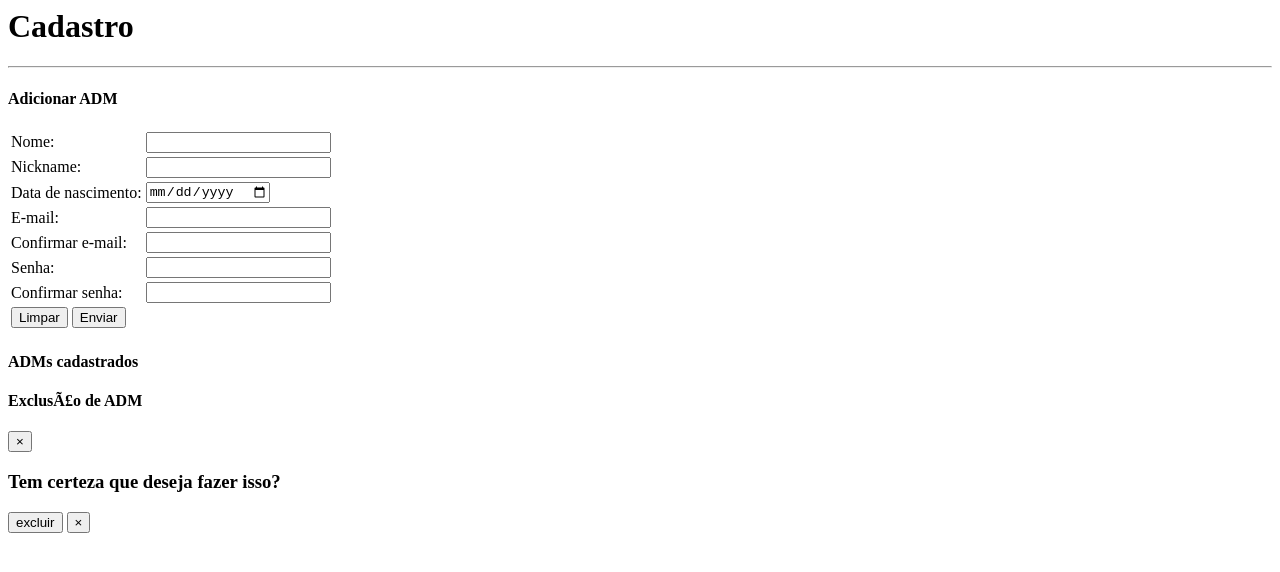
Repository: cavrau/workspaceTbog
Page: the Battle for Gondria/WebContent/system/admin/cadastro.html
The author's editor kept a copy of each file at every save. The page is drawn from the files as they stood at one save, then again after the next save.
The browser window is 1280 px wide. The pictures show the whole page.

Above is the page before, as saved 2018-08-18 15:59:15.

After the next save:
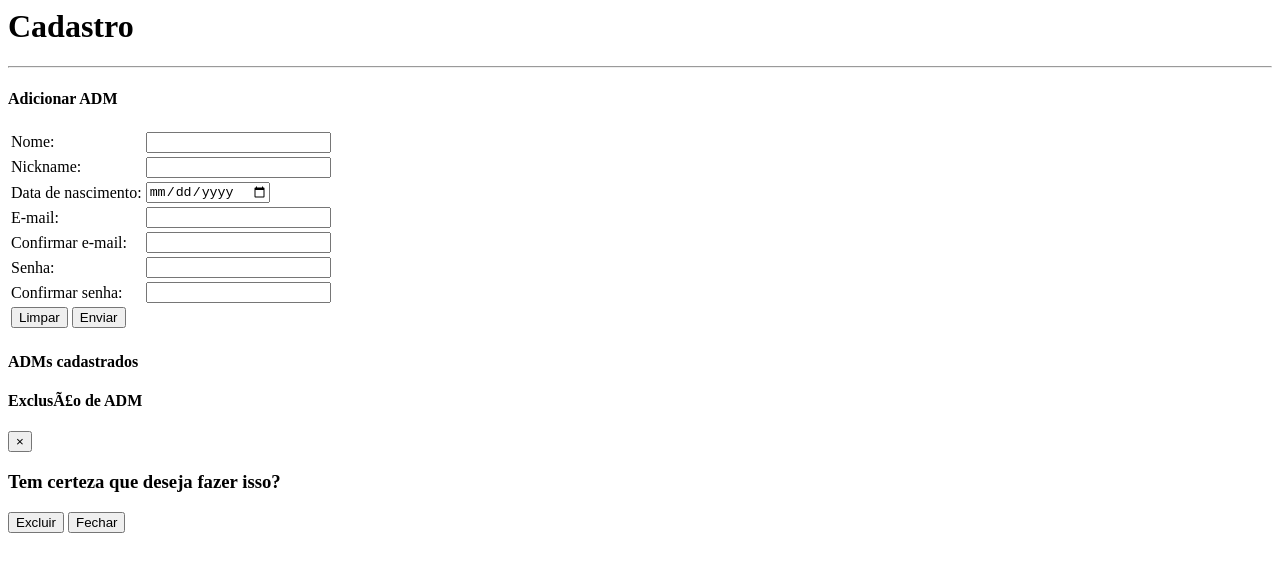
Saved 44 s later.
--- a/the Battle for Gondria/WebContent/system/admin/cadastro.html
+++ b/the Battle for Gondria/WebContent/system/admin/cadastro.html
@@ -101,8 +101,8 @@
 				<h3>Tem certeza que deseja fazer isso?</h3>
 			</div>
 			<div class="modal-footer">
-				<button type="button" id="excluiUser" class="btn btn-large btn-danger" onclick="">excluir</button>
-				<button type="button" class="close" data-dismiss="modal">&times;</button>
+				<button type="button" id="excluiUser" class="btn btn-danger" onclick="">Excluir</button>
+				<button type="button" class="close btn btn-primary" data-dismiss="modal">Fechar</button>
 			</div>
 		</div>
 	</div>
